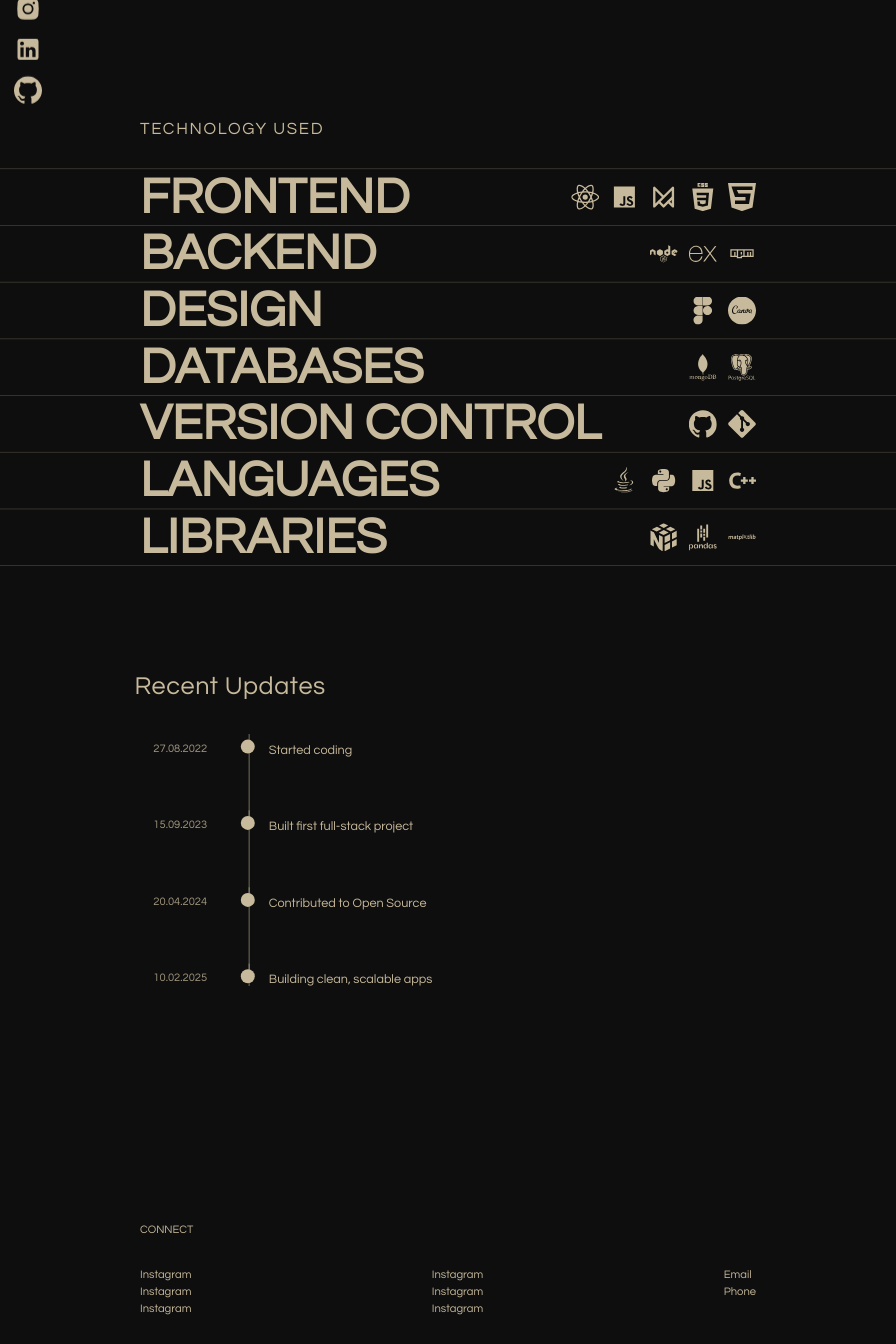
Repository: divyamGNH/DivyamPF
Page: /about
An editor plug-in stored every save of this project. The page is shown before and after the next save, followed by the edit.
The browser window is 1280 px wide. The pictures show the part of the page from y = 552 to 2472 px (the page is 2472 px tall), at 70% of full size.
Pictures or frames that could not be fetched are drawn as grey boxes. The project was rebuilt for these pictures with package versions that can differ from the ones it lists, and the page was loaded fresh each time. Also part of the build but not shown: vite.config.js, src/pages/Landing.jsx, src/pages/TopProjects.jsx, src/animations/ScrolltoAnimate.jsx, src/pages/Home.jsx.

Above is the page before, as saved 2025-12-04 19:11:08.

After the next save:
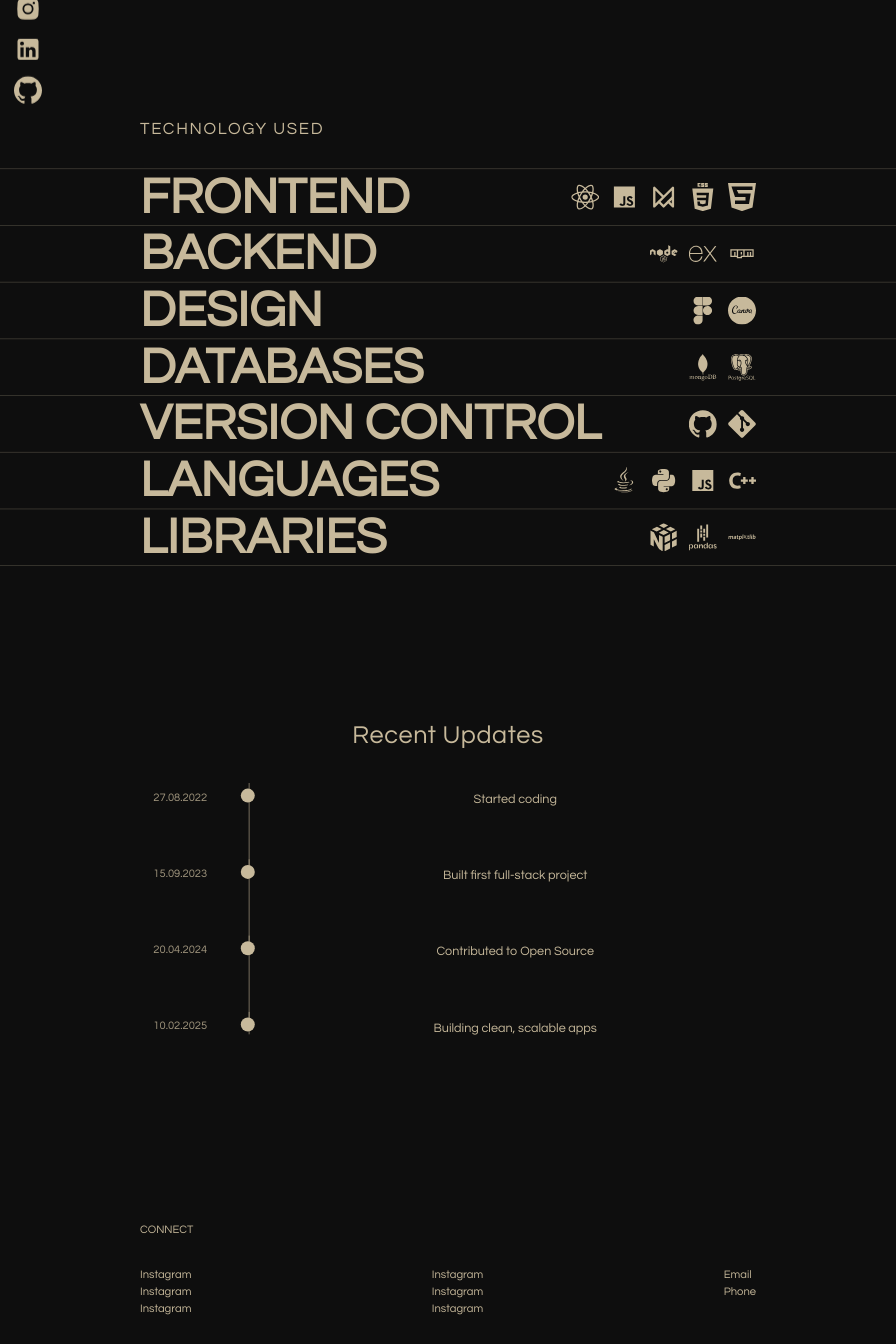
Saved 33 s later.
--- a/src/pages/TimeLine.jsx
+++ b/src/pages/TimeLine.jsx
@@ -48,7 +48,7 @@
   ];
 
   return (
-    <section className="min-h-screen flex justify-center pt-20 px-4">
+    <section className="min-h-screen flex justify-center pt-20 px-4 text-center items-center">
       <div className="w-full max-w-2xl md:max-w-3xl lg:max-w-4xl">
 
         <h2 className="text-2xl md:text-3xl lg:text-4xl text-[#C7B99B] mb-12 font-light tracking-wide">
